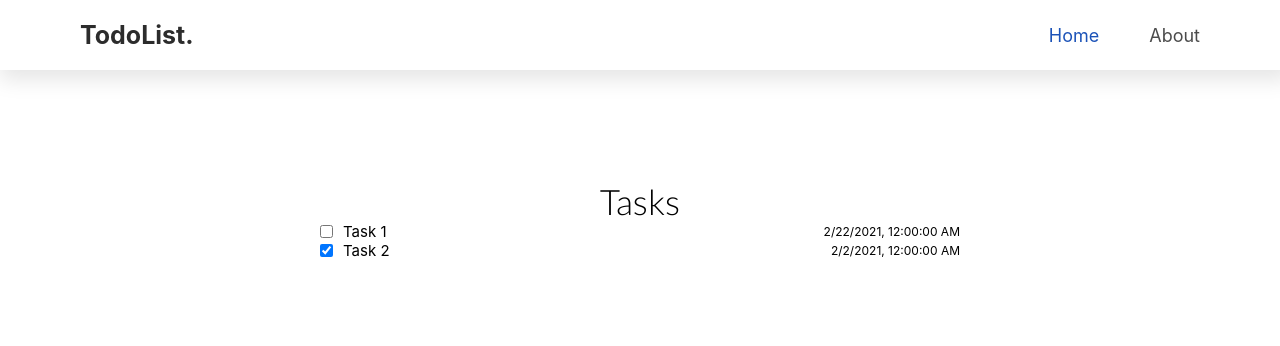
Repository: dqhuy153/react-todoList
Page: /
The author's editor kept a copy of each file at every save. The page is drawn from the files as they stood at one save, then again after a run of saves.
The browser window is 1280 px wide. The pictures show the whole page.
The project was rebuilt for these pictures with package versions that can differ from the ones it lists, and the page was loaded fresh each time. Also part of the build but not shown: src/components/UI/LoadingSpinner.module.scss.

Above is the page before, as saved 2021-09-16 20:45:19.

### src/App.js
import React, { Suspense } from 'react';
import { Switch, Route } from 'react-router-dom';

import './App.css';
import Layout from './components/layout/Layout';
import LoadingSpinner from './components/UI/LoadingSpinner';

const Home = React.lazy(() => import('./components/pages/Home'));
const About = React.lazy(() => import('./components/pages/About'));

function App() {
  return (
    <Layout>
      <Suspense
        fallback={
          <div className="centered">
            <LoadingSpinner />
          </div>
        }
      >
        <Switch>
          <Route path="/" exact>
            <Home />
          </Route>
          <Route path="/about">
            <About />
          </Route>
          {/* <Route path="/products" exact>
          <Products />
        </Route>
        <Route path="/products/:productId">
          <ProductDetail />
        </Route> */}
        </Switch>
      </Suspense>
    </Layout>
  );
}

export default App;

### src/App.css
@import url('https://fonts.googleapis.com/css2?family=Lato:ital,wght@0,100;0,300;0,400;0,700;0,900;1,100;1,300;1,400;1,700;1,900&display=swap');

* {
  box-sizing: border-box;
  font-size: 62.5%;
  padding: 0;
  margin: 0;
}

.centered {
  margin: 3rem auto;
  text-align: center;
  display: flex;
  justify-content: center;
  align-items: center;
}

### src/components/layout/Layout.js
import React, { Fragment } from 'react';
import AppNavigation from './AppNavigation';

import styles from './Layout.module.scss';

export default function Layout(props) {
  return (
    <Fragment>
      <AppNavigation logoTitle="TodoList." />
      <main className={styles.main}>{props.children}</main>
    </Fragment>
  );
}

### src/components/UI/LoadingSpinner.js
import styles from './LoadingSpinner.module.scss';

const LoadingSpinner = () => {
  return <div className={styles.spinner}></div>;
};

export default LoadingSpinner;

### src/components/pages/Home.js
import TodoList from '../todos/TodoList';

import styles from './Home.module.scss';

const todoList = [
  {
    id: 1,
    title: 'Task 1',
    date: new Date('2/22/2021'),
    completed: false,
  },
  {
    id: 2,
    title: 'Task 2',
    date: new Date('2/2/2021'),
    completed: true,
  },
];

export default function Home(props) {
  const handleStatusChange = (id) => {
    const todoIndex = todoList.findIndex((i) => i.id === id);
    todoList[todoIndex].status = !todoList[todoIndex].status;
  };

  return (
    <div className={styles.container}>
      <h1>Tasks</h1>
      <TodoList items={todoList} onStatusChange={handleStatusChange} />
    </div>
  );
}

### src/components/layout/AppNavigation.js
import React from 'react';
import { NavLink } from 'react-router-dom';

import styles from './AppNavigation.module.scss';

export default function AppNavigation({ logoTitle = 'Demo.', ...props }) {
  return (
    <header className={styles.header}>
      <div className={styles.logo}>{logoTitle}</div>
      <nav>
        <ul>
          <li>
            <NavLink to="/" exact activeClassName={styles.active}>
              Home
            </NavLink>
          </li>
          <li>
            <NavLink to="/about" activeClassName={styles.active}>
              About
            </NavLink>
          </li>
        </ul>
      </nav>
    </header>
  );
}

### src/components/todos/TodoList.js
import React from 'react';
import TodoItem from './TodoItem';

import styles from './TodoList.module.scss';

export default function TodoList({ items, onStatusChange, ...props }) {
  return (
    <ul className={styles.container}>
      {items.map((item) => (
        <li key={item.id}>
          <TodoItem
            id={item.id}
            title={item.title}
            date={item.date}
            status={item.completed}
            onStatusChange={onStatusChange}
          />
        </li>
      ))}
    </ul>
  );
}

### src/components/pages/Home.module.scss
.container {
  padding: 18rem 0;

  h1 {
    text-align: center;
    font-family: 'Lato', sans-serif;
    font-weight: 300;
    font-size: 3.5rem;
  }
}

### src/components/layout/AppNavigation.module.scss
.header {
  width: 100%;
  height: 7rem;
  display: flex;
  align-items: center;
  justify-content: space-between;
  background-color: #ffffff;
  padding: 0 8rem;
  box-shadow: 5px 5px 20px 5px rgba(0, 0, 0, 0.1);
  position: fixed;
}

.logo {
  font-size: 2.5rem;
  color: rgb(44, 44, 44);
  font-weight: bold;
}

.header ul {
  list-style: none;
  margin: 0;
  padding: 0;
  display: flex;
  align-items: baseline;
}

.header li {
  margin-left: 5rem;
}

.header a {
  text-decoration: none;
  font-size: 1.8rem;
  color: #4b4b4b;
}

.header a:hover,
.header a:active,
.header a.active {
  color: rgb(28, 83, 184);
}

### src/components/todos/TodoItem.js
import React, { useState } from 'react';

import styles from './TodoItem.module.scss';

export default function TodoItem({
  id,
  title,
  date,
  status,
  onStatusChange,
  ...props
}) {
  const [checked, setChecked] = useState(status);

  const handleChange = (e) => {
    setChecked(e.target.checked);
    onStatusChange(id);
  };

  return (
    <div className={styles.container}>
      <div className={styles.task}>
        <input type="checkbox" checked={checked} onChange={handleChange} />
        <p>{title}</p>
      </div>
      <p className={styles.date}>{date.toLocaleString()}</p>
    </div>
  );
}

### src/components/todos/TodoList.module.scss
.container {
  text-align: center;
  width: 50%;
  margin: 0 auto;
  list-style: none;
}

### src/components/todos/TodoItem.module.scss
.container {
  display: flex;
  align-items: center;
  justify-content: space-between;
}

.task {
  display: flex;
  align-items: center;

  p {
    margin-left: 1rem;
    font-size: 1.5rem;
  }
}

.date {
  font-size: 1.2rem;
}

Loaded but not shown: public/index.html (common file); src/index.js (common file); src/index.css (common file); src/reportWebVitals.js (common file); src/components/layout/Layout.module.scss (no stored copy; drawn as an empty file)

After the next 2 saves:
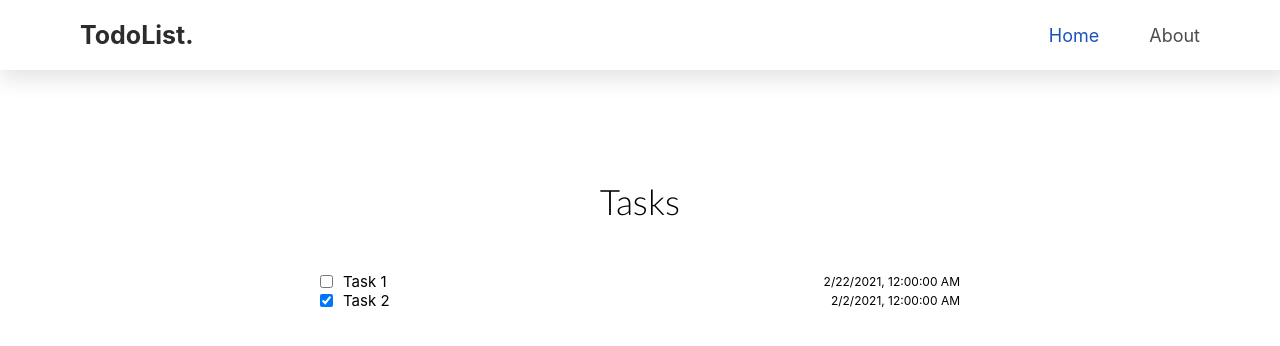
The 2 saves are shown as one change because they came seconds apart.
The last was saved 11 s later.
--- a/src/components/todos/TodoList.module.scss
+++ b/src/components/todos/TodoList.module.scss
@@ -1,6 +1,6 @@
 .container {
   text-align: center;
   width: 50%;
-  margin: 0 auto;
+  margin: 5rem auto;
   list-style: none;
 }
